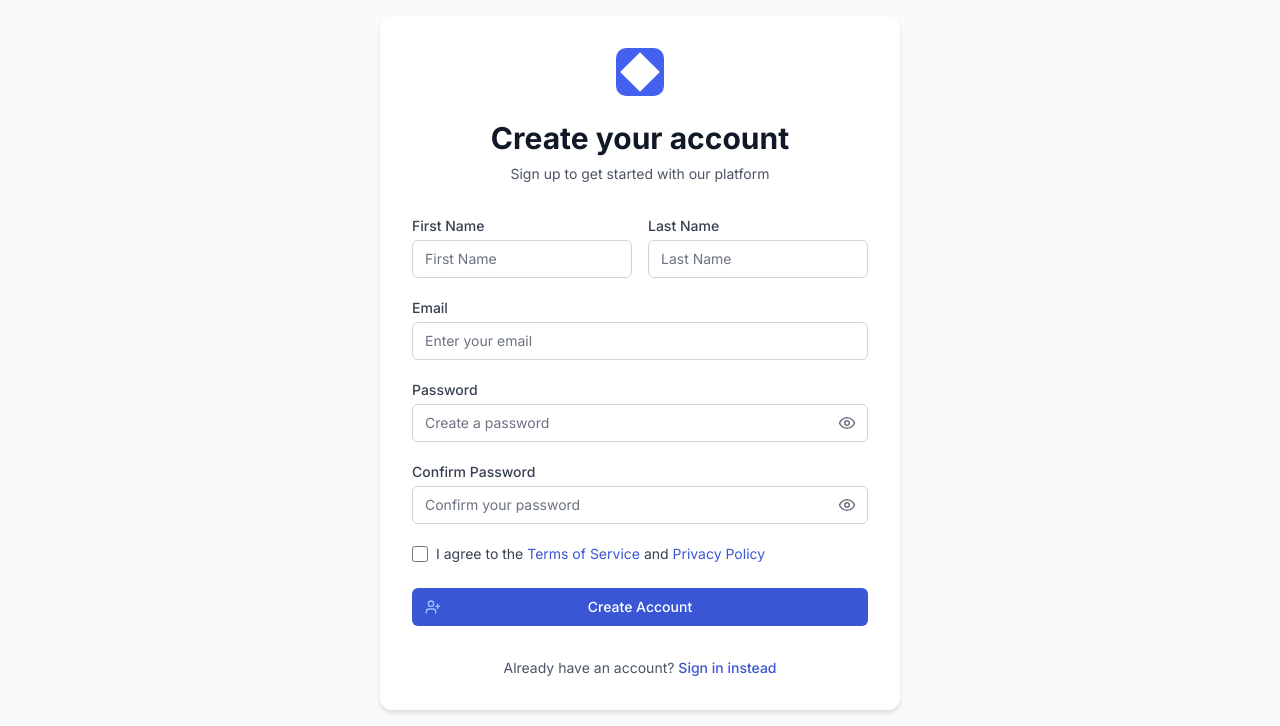
Repository: StoyanStoyanov1/DHS-Team
Page: /auth/register (app in dhs-admin-panel/)
These files come from the project's save history. The page is drawn as it stood at one moment and after the next save; the edit follows.
The browser window is 1280 px wide. The pictures show the whole page.
The project was rebuilt for these pictures with package versions that can differ from the ones it lists, and the page was loaded fresh each time. The framework's server and built-in components were replaced by stand-ins that run in the browser. Also part of the build but not shown: dhs-admin-panel/next.config.js, dhs-admin-panel/src/components/SearchBar.tsx, dhs-admin-panel/src/components/Header.tsx, dhs-admin-panel/src/components/NavItem.tsx, dhs-admin-panel/src/components/Sidebar.tsx, dhs-admin-panel/src/components/Breadcrumb.tsx, dhs-admin-panel/src/components/Alert.tsx.

Above is the page before, as saved 2025-04-24 11:00:42.

### dhs-admin-panel/src/app/layout.tsx
import type { Metadata } from 'next';
import { Inter } from 'next/font/google';
import './globals.css';
import DashboardLayout from '../components/Layout';
import { AuthProvider } from '@/src/hooks/useAuth';

const inter = Inter({ subsets: ['latin'] });

export const metadata: Metadata = {
    title: 'Admin Dashboard',
    description: 'NextJS Admin Dashboard',
};

export default function RootLayout({
    children,
}: {
    children: React.ReactNode
}) {
    return (
        <html lang="en">
            <body className={inter.className}>
                <AuthProvider>
                    <DashboardLayout>
                        {children}
                    </DashboardLayout>
                </AuthProvider>
            </body>
        </html>
    );
}

### dhs-admin-panel/src/app/auth/register/page.tsx
'use client';

import React, { useState, useEffect } from 'react';
import { useRouter, usePathname } from 'next/navigation';
import { Eye, EyeOff, UserPlus } from 'lucide-react';
import Link from 'next/link';
import { useAuth } from '@/src/hooks/useAuth';
import { validateRegistrationForm } from '@/src/utils/validation';
import Alert from '@/src/components/Alert';

export default function RegisterPage() {
    const router = useRouter();
    const pathname = usePathname();
    const { register, error, loading, validationErrors, clearErrors, user } = useAuth();
    const [registrationSuccess, setRegistrationSuccess] = useState(false);

    const [formData, setFormData] = useState({
        firstName: '',
        lastName: '',
        email: '',
        password: '',
        confirmPassword: '',
        terms: false
    });
    const [showPassword, setShowPassword] = useState(false);
    const [showConfirmPassword, setShowConfirmPassword] = useState(false);
    const [formErrors, setFormErrors] = useState<{[key: string]: string}>({});

    // If user is already logged in, redirect to dashboard
    useEffect(() => {
        if (user) {
            router.push('/');
        }
    }, [user, router]);

    // Clear form errors when input changes
    const handleInputChange = (e: React.ChangeEvent<HTMLInputElement>) => {
        const { name, value, type, checked } = e.target;
        const inputValue = type === 'checkbox' ? checked : value;

        setFormData({
            ...formData,
            [name]: inputValue
        });

        // Clear specific error when user starts typing
        if (formErrors[name]) {
            setFormErrors({
                ...formErrors,
                [name]: ''
            });
        }

        // Reset success message on new input
        if (registrationSuccess) setRegistrationSuccess(false);
    };

    const handleSubmit = async (e: React.FormEvent) => {
        e.preventDefault();
        clearErrors();
        setRegistrationSuccess(false); // Reset success state on new submit

        // Additional validation for terms
        if (!formData.terms) {
            setFormErrors({
                ...formErrors,
                terms: 'You must agree to the Terms of Service and Privacy Policy'
            });
            return;
        }

        // Client-side validation
        const { email, password, confirmPassword } = formData;
        const validation = validateRegistrationForm(email, password, confirmPassword);

        if (!validation.valid) {
            setFormErrors(validation.errors);
            return;
        }

        // Proceed with registration
        const registrationResult = await register({
            email: formData.email,
            password: formData.password,
            password_confirm: formData.confirmPassword
        });

        // Check if registration was successful (useAuth should update the user state)
        // We might need a more direct success indicator from useAuth if available,
        // but for now, we assume the user object update signifies success.
        // This check happens in the useEffect below.
    };

    // Check for server-side validation errors
    useEffect(() => {
        if (validationErrors) {
            const errors: {[key: string]: string} = {};

            Object.entries(validationErrors).forEach(([field, messages]) => {
                errors[field] = Array.isArray(messages) ? messages[0] : messages;
            });

            setFormErrors(errors);
        }
    }, [validationErrors]);

    // Effect to show success message after user state is updated
    useEffect(() => {
        if (user && !loading && pathname === '/auth/register') { // Check pathname to avoid showing on redirect
           setRegistrationSuccess(true);
           // Optional: Redirect after a short delay
           // setTimeout(() => router.push('/'), 2000);
        }
    }, [user, loading, router, pathname]);

    return (
        <div className="auth-page-container min-h-screen flex items-center justify-center bg-gray-50 p-4">
            <div className="max-w-md w-full space-y-8 p-8 bg-white rounded-xl shadow-md">
                <div className="text-center">
                    <div className="flex justify-center">
                        <div className="h-12 w-12 rounded-lg bg-blue-500 flex items-center justify-center">
                            <div className="w-7 h-7 bg-white transform rotate-45"></div>
                        </div>
                    </div>
                    <h2 className="mt-6 text-3xl font-bold text-gray-900">
                        Create your account
                    </h2>
                    <p className="mt-2 text-sm text-gray-600">
                        Sign up to get started with our platform
                    </p>
                </div>

                {registrationSuccess && (
                    <Alert
                        type="success"
                        message="Registration successful! Redirecting..."
                        // No onClose needed for success message, or make it dismissible
                    />
                )}

                {error && !registrationSuccess && ( // Don't show error if success message is shown
                    <Alert
                        type="error"
                        message={error}
                        onClose={clearErrors}
                    />
                )}

                {!registrationSuccess && (
                   <form className="mt-8 space-y-6" onSubmit={handleSubmit}>
                    <div className="space-y-5">
                        <div className="grid grid-cols-2 gap-4">
                            <div>
                                <label htmlFor="firstName" className="block text-sm font-medium text-gray-700 mb-1">
                                    First Name
                                </label>
                                <input
                                    id="firstName"
                                    name="firstName"
                                    type="text"
                                    required
                                    value={formData.firstName}
                                    onChange={handleInputChange}
                                    className={`appearance-none relative block w-full px-3 py-2 border ${
                                        formErrors.firstName ? 'border-red-300 focus:ring-red-500' : 'border-gray-300 focus:ring-blue-500'
                                    } placeholder-gray-500 text-gray-900 rounded-md focus:outline-none focus:ring-2 focus:border-transparent transition-all sm:text-sm`}
                                    placeholder="First Name"
                                />
                                {formErrors.firstName && (
                                    <p className="mt-1 text-sm text-red-600">{formErrors.firstName}</p>
                                )}
                            </div>
                            <div>
                                <label htmlFor="lastName" className="block text-sm font-medium text-gray-700 mb-1">
                                    Last Name
                                </label>
                                <input
                                    id="lastName"
                                    name="lastName"
                                    type="text"
                                    required
                                    value={formData.lastName}
                                    onChange={handleInputChange}
                                    className={`appearance-none relative block w-full px-3 py-2 border ${
                                        formErrors.lastName ? 'border-red-300 focus:ring-red-500' : 'border-gray-300 focus:ring-blue-500'
                                    } placeholder-gray-500 text-gray-900 rounded-md focus:outline-none focus:ring-2 focus:border-transparent transition-all sm:text-sm`}
                                    placeholder="Last Name"
                                />
                                {formErrors.lastName && (
                                    <p className="mt-1 text-sm text-red-600">{formErrors.lastName}</p>
                                )}
                            </div>
                        </div>

                        <div>
                            <label htmlFor="email" className="block text-sm font-medium text-gray-700 mb-1">
                                Email
                            </label>
                            <input
                                id="email"
                                name="email"
                                type="email"
                                required
                                value={formData.email}
                                onChange={handleInputChange}
                                className={`appearance-none relative block w-full px-3 py-2 border ${
                                    formErrors.email ? 'border-red-300 focus:ring-red-500' : 'border-gray-300 focus:ring-blue-500'
                                } placeholder-gray-500 text-gray-900 rounded-md focus:outline-none focus:ring-2 focus:border-transparent transition-all sm:text-sm`}
                                placeholder="Enter your email"
                            />
                            {formErrors.email && (
                                <p className="mt-1 text-sm text-red-600">{formErrors.email}</p>
                            )}
                        </div>

                        <div>
                            <label htmlFor="password" className="block text-sm font-medium text-gray-700 mb-1">
                                Password
                            </label>
                            <div className="relative">
                                <input
                                    id="password"
                                    name="password"
                                    type={showPassword ? "text" : "password"}
                                    required
                                    value={formData.password}
                                    onChange={handleInputChange}
                                    className={`appearance-none relative block w-full px-3 py-2 border ${
                                        formErrors.password ? 'border-red-300 focus:ring-red-500' : 'border-gray-300 focus:ring-blue-500'
                                    } placeholder-gray-500 text-gray-900 rounded-md focus:outline-none focus:ring-2 focus:border-transparent transition-all sm:text-sm`}
                                    placeholder="Create a password"
                                />
                                <button
                                    type="button"
                                    className="absolute inset-y-0 right-0 pr-3 flex items-center text-gray-500 cursor-pointer"
                                    onClick={() => setShowPassword(!showPassword)}
                                >
                                    {showPassword ? <EyeOff size={18} /> : <Eye size={18} />}
                                </button>
                            </div>
                            {formErrors.password && (
                                <p className="mt-1 text-sm text-red-600">{formErrors.password}</p>
                            )}
                        </div>

                        <div>
                            <label htmlFor="confirmPassword" className="block text-sm font-medium text-gray-700 mb-1">
                                Confirm Password
                            </label>
                            <div className="relative">
                                <input
                                    id="confirmPassword"
                                    name="confirmPassword"
                                    type={showConfirmPassword ? "text" : "password"}
                                    required
                                    value={formData.confirmPassword}
                                    onChange={handleInputChange}
                                    className={`appearance-none relative block w-full px-3 py-2 border ${
                                        formErrors.confirmPassword ? 'border-red-300 focus:ring-red-500' : 'border-gray-300 focus:ring-blue-500'
                                    } placeholder-gray-500 text-gray-900 rounded-md focus:outline-none focus:ring-2 focus:border-transparent transition-all sm:text-sm`}
                                    placeholder="Confirm your password"
                                />
                                <button
                                    type="button"
                                    className="absolute inset-y-0 right-0 pr-3 flex items-center text-gray-500 cursor-pointer"
                                    onClick={() => setShowConfirmPassword(!showConfirmPassword)}
                                >
                                    {showConfirmPassword ? <EyeOff size={18} /> : <Eye size={18} />}
                                </button>
                            </div>
                            {formErrors.confirmPassword && (
                                <p className="mt-1 text-sm text-red-600">{formErrors.confirmPassword}</p>
                            )}
                        </div>

                        <div className="flex items-center">
                            <input
                                id="terms"
                                name="terms"
                                type="checkbox"
                                required
                                checked={formData.terms}
                                onChange={handleInputChange}
                                className={`h-4 w-4 ${
                                    formErrors.terms ? 'text-red-600 focus:ring-red-500 border-red-300' : 'text-blue-600 focus:ring-blue-500 border-gray-300'
                                } rounded`}
                            />
                            <label htmlFor="terms" className="ml-2 block text-sm text-gray-700">
                                I agree to the <Link href="#" className="text-blue-600 hover:text-blue-500 transition-colors">Terms of Service</Link> and <Link href="#" className="text-blue-600 hover:text-blue-500 transition-colors">Privacy Policy</Link>
                            </label>
                        </div>
                        {formErrors.terms && (
                            <p className="mt-1 text-sm text-red-600">{formErrors.terms}</p>
                        )}
                    </div>

                    <button
                        type="submit"
                        disabled={loading}
                        className={`group relative w-full flex justify-center py-2 px-4 border border-transparent text-sm font-medium rounded-md text-white bg-blue-600 hover:bg-blue-700 focus:outline-none focus:ring-2 focus:ring-offset-2 focus:ring-blue-500 transition-colors ${
                            loading ? 'opacity-70 cursor-not-allowed' : ''
                        }`}
                    >
                        <span className="absolute left-0 inset-y-0 flex items-center pl-3">
                            <UserPlus size={16} className="text-blue-300" />
                        </span>
                        {loading ? 'Creating Account...' : 'Create Account'}
                    </button>
                   </form>
                )}

                <div className="mt-6 text-center">
                    <p className="text-sm text-gray-600">
                        Already have an account? {' '}
                        <Link href="/auth/login" className="font-medium text-blue-600 hover:text-blue-500 transition-colors">
                            Sign in instead
                        </Link>
                    </p>
                </div>
            </div>
        </div>
    );
}

### dhs-admin-panel/src/components/Layout.tsx
'use client';

import { useState, ReactNode, useEffect } from 'react';
import { usePathname, useRouter } from 'next/navigation';
import Header from './Header';
import Sidebar from './Sidebar';
import Breadcrumb from './Breadcrumb';
import { useAuth } from '@/src/hooks/useAuth';

interface DashboardLayoutProps {
    children: ReactNode;
}

const Layout: React.FC<DashboardLayoutProps> = ({ children }) => {
    const [activeSection, setActiveSection] = useState<string>('dashboards');
    const [isSidebarCollapsed, setIsSidebarCollapsed] = useState(true); // Default to collapsed
    const pathname = usePathname();
    const router = useRouter();
    const { user, loading } = useAuth();

    const isAuthPage = pathname?.startsWith('/auth');

    useEffect(() => {
        if (!loading && !user && !isAuthPage) {
            router.push('/auth/login');
        }
    }, [user, loading, isAuthPage, router]);

    if (loading || (!user && !isAuthPage)) {
        return null;
    }

    if (isAuthPage) {
        return <>{children}</>;
    }

    return (
        <div className="flex h-screen bg-gray-50 overflow-hidden">
            <Sidebar
                activeSection={activeSection}
                setActiveSection={setActiveSection}
                isCollapsed={isSidebarCollapsed}
                toggleCollapse={() => setIsSidebarCollapsed(!isSidebarCollapsed)}
            />

            <div className="flex-1 flex flex-col h-screen overflow-hidden">
                <Header />

                <main className="flex-1 overflow-auto p-6">
                    <div className="mx-auto max-w-7xl w-full">
                        <Breadcrumb />
                        {children}
                    </div>
                </main>
            </div>
        </div>
    );
};

export default Layout;

Loaded but not shown: dhs-admin-panel/tailwind.config.js (93 lines, source omitted); dhs-admin-panel/src/hooks/useAuth.tsx (118 lines, source omitted); dhs-admin-panel/src/utils/validation.ts (85 lines, source omitted); dhs-admin-panel/src/app/globals.css (131 lines, source omitted)

After the next save:
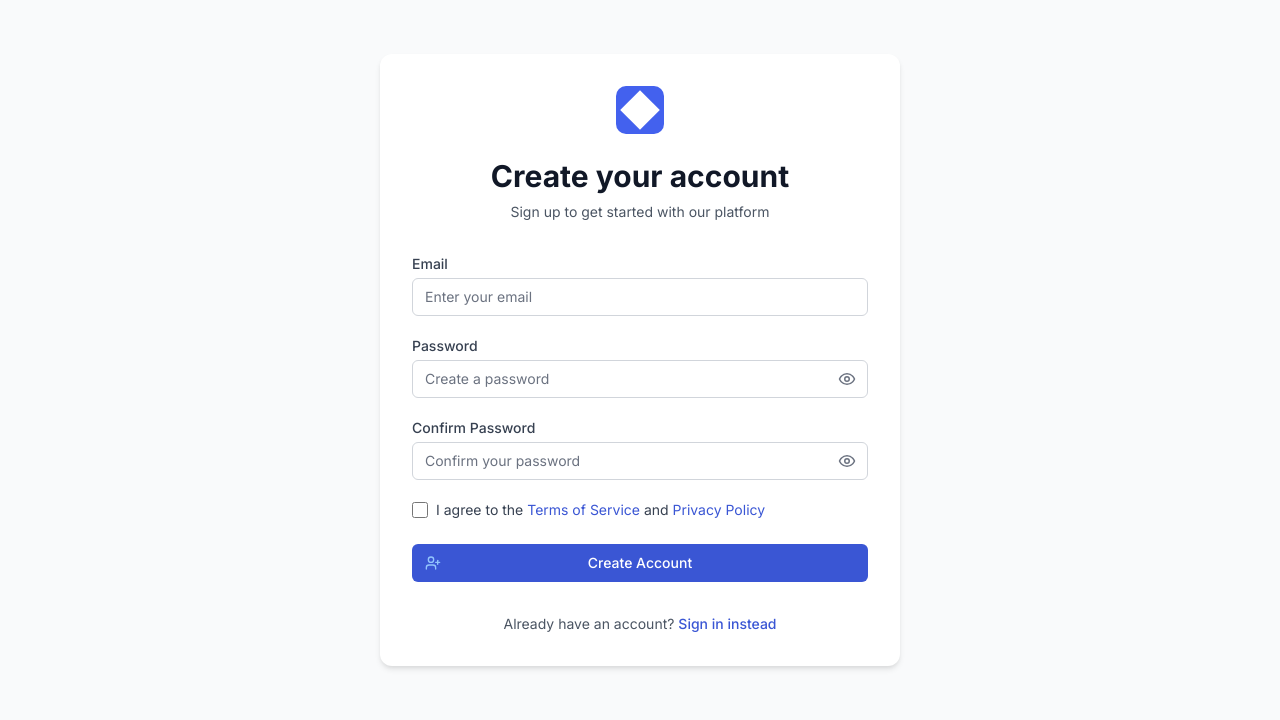
Saved 15 s later.
--- a/dhs-admin-panel/src/app/auth/register/page.tsx
+++ b/dhs-admin-panel/src/app/auth/register/page.tsx
@@ -15,8 +15,6 @@ export default function RegisterPage() {
     const [registrationSuccess, setRegistrationSuccess] = useState(false);
 
     const [formData, setFormData] = useState({
-        firstName: '',
-        lastName: '',
         email: '',
         password: '',
         confirmPassword: '',
@@ -69,7 +67,7 @@ export default function RegisterPage() {
             return;
         }
 
-        // Client-side validation
+        // Client-side validation (only for relevant fields now)
         const { email, password, confirmPassword } = formData;
         const validation = validateRegistrationForm(email, password, confirmPassword);
 
@@ -78,17 +76,12 @@ export default function RegisterPage() {
             return;
         }
 
-        // Proceed with registration
-        const registrationResult = await register({
+        // Proceed with registration (only email and password)
+        await register({
             email: formData.email,
             password: formData.password,
             password_confirm: formData.confirmPassword
         });
-
-        // Check if registration was successful (useAuth should update the user state)
-        // We might need a more direct success indicator from useAuth if available,
-        // but for now, we assume the user object update signifies success.
-        // This check happens in the useEffect below.
     };
 
     // Check for server-side validation errors
@@ -149,49 +142,6 @@ export default function RegisterPage() {
                 {!registrationSuccess && (
                    <form className="mt-8 space-y-6" onSubmit={handleSubmit}>
                     <div className="space-y-5">
-                        <div className="grid grid-cols-2 gap-4">
-                            <div>
-                                <label htmlFor="firstName" className="block text-sm font-medium text-gray-700 mb-1">
-                                    First Name
-                                </label>
-                                <input
-                                    id="firstName"
-                                    name="firstName"
-                                    type="text"
-                                    required
-                                    value={formData.firstName}
-                                    onChange={handleInputChange}
-                                    className={`appearance-none relative block w-full px-3 py-2 border ${
-                                        formErrors.firstName ? 'border-red-300 focus:ring-red-500' : 'border-gray-300 focus:ring-blue-500'
-                                    } placeholder-gray-500 text-gray-900 rounded-md focus:outline-none focus:ring-2 focus:border-transparent transition-all sm:text-sm`}
-                                    placeholder="First Name"
-                                />
-                                {formErrors.firstName && (
-                                    <p className="mt-1 text-sm text-red-600">{formErrors.firstName}</p>
-                                )}
-                            </div>
-                            <div>
-                                <label htmlFor="lastName" className="block text-sm font-medium text-gray-700 mb-1">
-                                    Last Name
-                                </label>
-                                <input
-                                    id="lastName"
-                                    name="lastName"
-                                    type="text"
-                                    required
-                                    value={formData.lastName}
-                                    onChange={handleInputChange}
-                                    className={`appearance-none relative block w-full px-3 py-2 border ${
-                                        formErrors.lastName ? 'border-red-300 focus:ring-red-500' : 'border-gray-300 focus:ring-blue-500'
-                                    } placeholder-gray-500 text-gray-900 rounded-md focus:outline-none focus:ring-2 focus:border-transparent transition-all sm:text-sm`}
-                                    placeholder="Last Name"
-                                />
-                                {formErrors.lastName && (
-                                    <p className="mt-1 text-sm text-red-600">{formErrors.lastName}</p>
-                                )}
-                            </div>
-                        </div>
-
                         <div>
                             <label htmlFor="email" className="block text-sm font-medium text-gray-700 mb-1">
                                 Email
